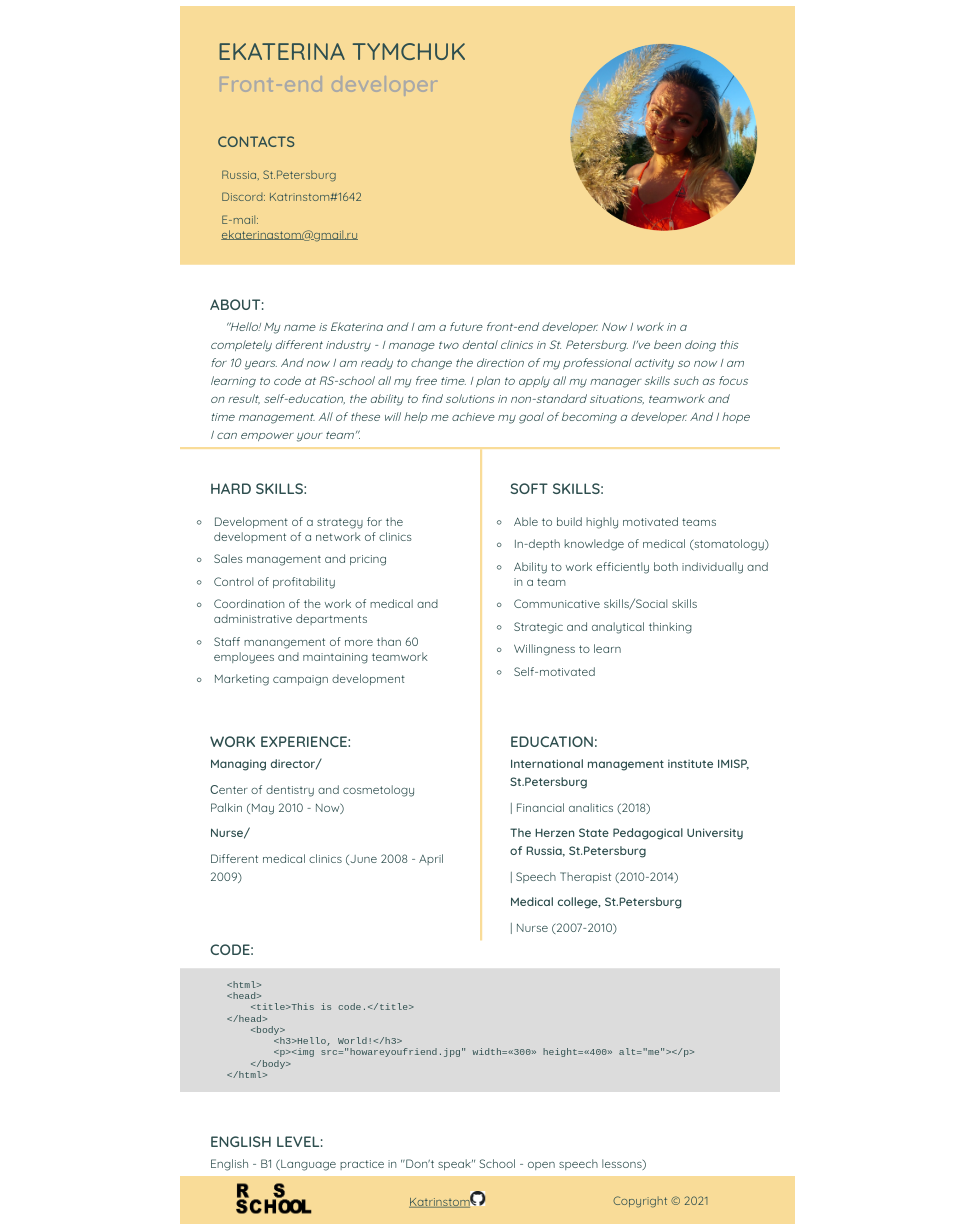
Repository: Katrinstom/rsschool-cv
Page: index.html
The author's editor kept a copy of each file at every save. The page is drawn from the files as they stood at one save, then again after the next save.
The browser window is 1280 px wide. The pictures show the whole page, at 75% of full size.

Above is the page before, as saved 2022-01-02 18:38:35.

After the next save:
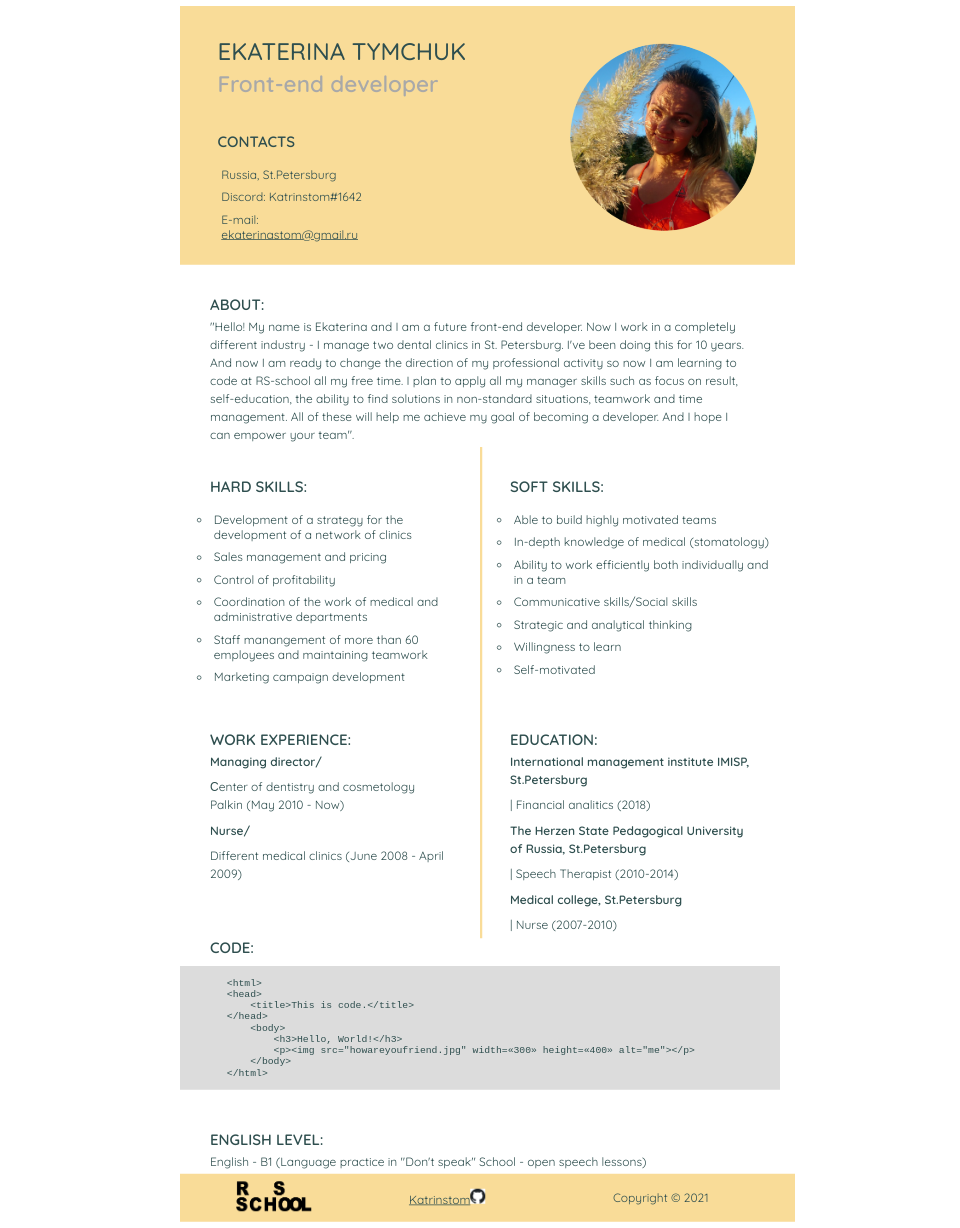
Saved 6 min 15 s later.
--- a/style.css
+++ b/style.css
@@ -62,10 +62,10 @@ li {
     margin: 0;
     padding: 5px 5px 5px;
 }
-.block1 {
+.about {
     border-bottom: solid 3px #f9dc98;
 }
-.block1 p {
+.about p {
     text-align: left;
     color: darkslategray;
     font-family: 'Quicksand', sans-serif;
